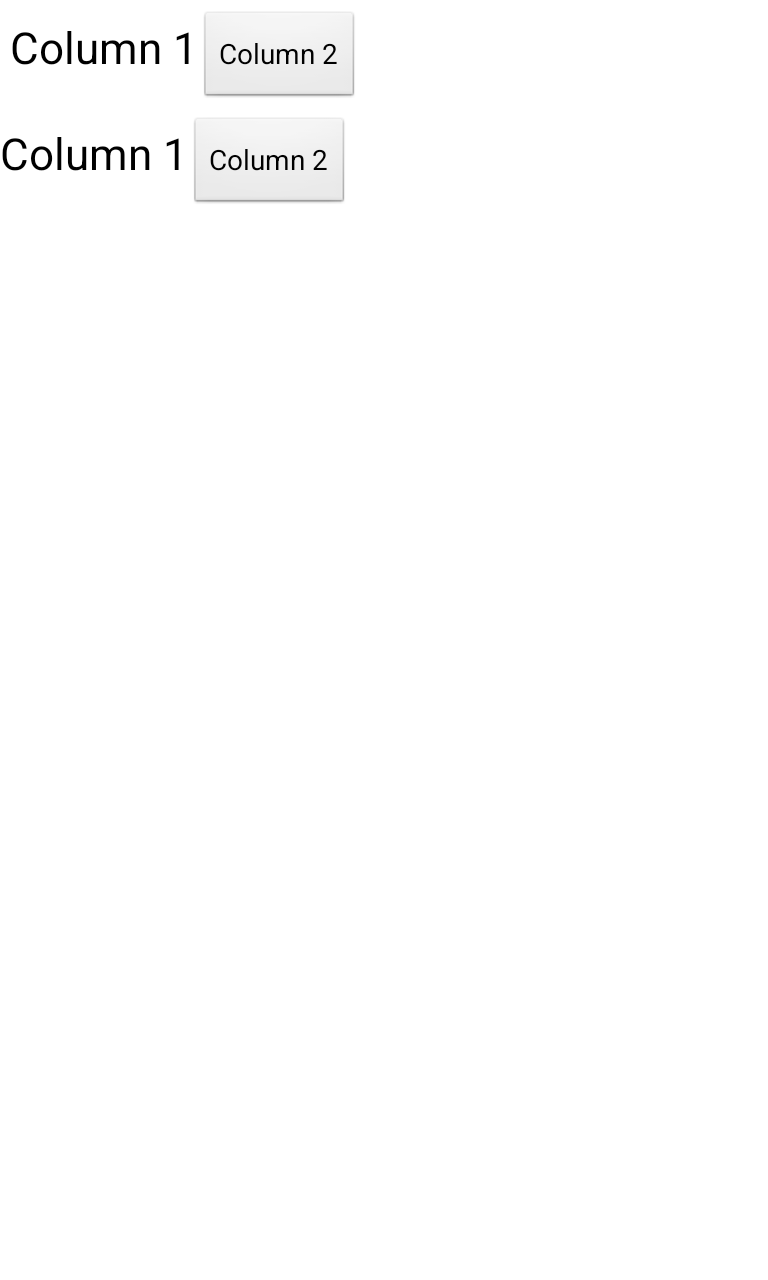
Repository: neetukaushish/AndroidTraining
Layout: YouTubeApi/res/layout/activity_main.xml
These files come from the project's save history. The layout is drawn as it stood at one moment and after the next save; the edit follows.
It is drawn on a 768 x 1280 px phone screen (xhdpi) without system bars, with theme AppTheme; the app's code is not run.

Above is the layout before, as saved 2013-07-01 05:19:27.

### YouTubeApi/res/layout/activity_main.xml
<?xml version="1.0" encoding="utf-8"?>
<TableLayout xmlns:android="http://schemas.android.com/apk/res/android"
    android:id="@+id/tableLayout1"
    android:layout_width="fill_parent"
    android:layout_height="fill_parent" >

    <!-- 2 columns -->
    <TableRow
        android:id="@+id/tableRow1"
        android:layout_width="wrap_content"
        android:layout_height="wrap_content"
        android:padding="5dip" >

        <TextView
            android:id="@+id/textView1"
            android:text="Column 1"
            android:textAppearance="?android:attr/textAppearanceLarge" />

        <Button
            android:id="@+id/button1"
            android:text="Column 2" />
    </TableRow>
    <TableRow >
         <TextView
            android:id="@+id/textView1"
            android:text="Column 1"
            android:textAppearance="?android:attr/textAppearanceLarge" />

        <Button
            android:id="@+id/button1"
            android:text="Column 2" />
    </TableRow>
</TableLayout>

Loaded but not shown: YouTubeApi/res/values/styles.xml (common file)

After the next save:
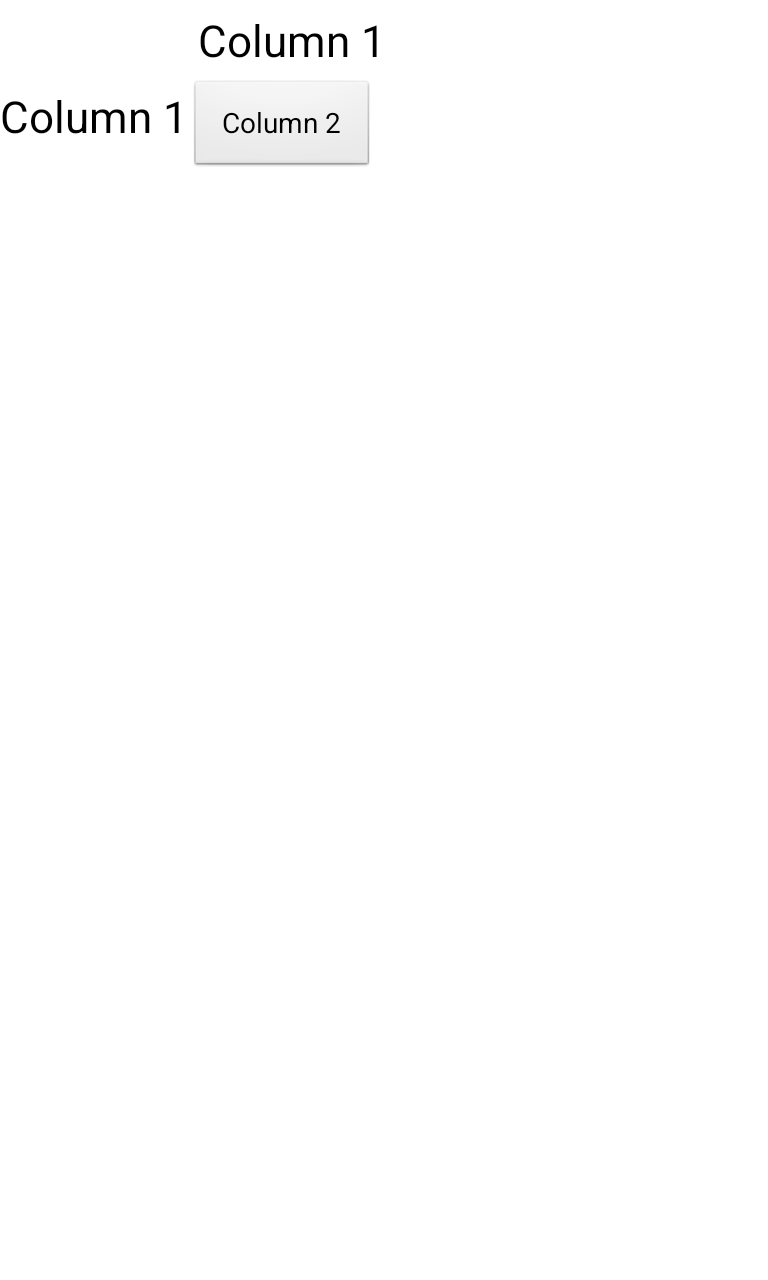
Saved 88 s later.
--- a/YouTubeApi/res/layout/activity_main.xml
+++ b/YouTubeApi/res/layout/activity_main.xml
@@ -11,14 +11,11 @@
         android:layout_height="wrap_content"
         android:padding="5dip" >
 
+        <ImageView />
         <TextView
             android:id="@+id/textView1"
             android:text="Column 1"
             android:textAppearance="?android:attr/textAppearanceLarge" />
-
-        <Button
-            android:id="@+id/button1"
-            android:text="Column 2" />
     </TableRow>
     <TableRow >
          <TextView
